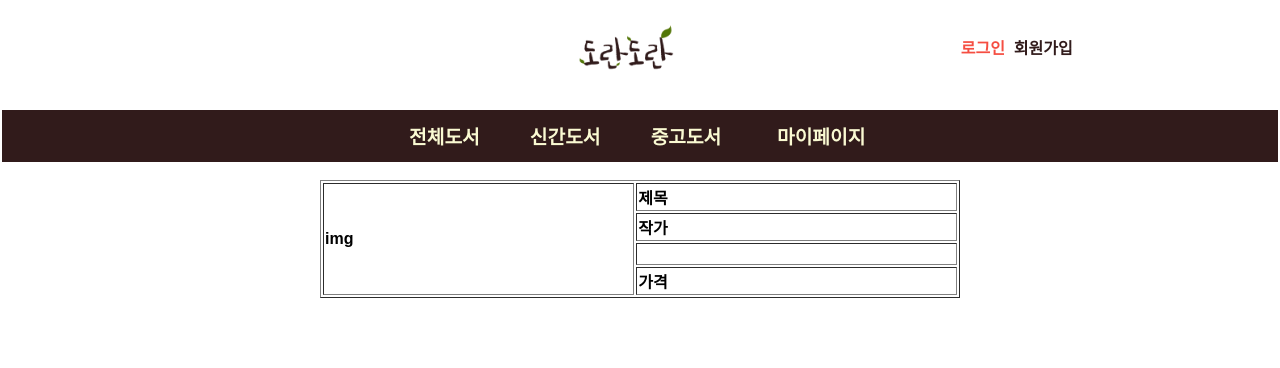
Repository: juhyun110701/DORANDORAN
Page: http://localhost/dorandoran/
The author's editor kept a copy of each file at every save. The page is drawn from the files as they stood at one save, then again after the next save.
The browser window is 1280 px wide. The pictures show the whole page.
Some web fonts or font styles are not loaded; a fallback is used. The page is served by Tomcat 9. Queries for data that is not in the repository find no rows.

Above is the page before, as saved 2019-07-31 12:00:49.

After the next save:
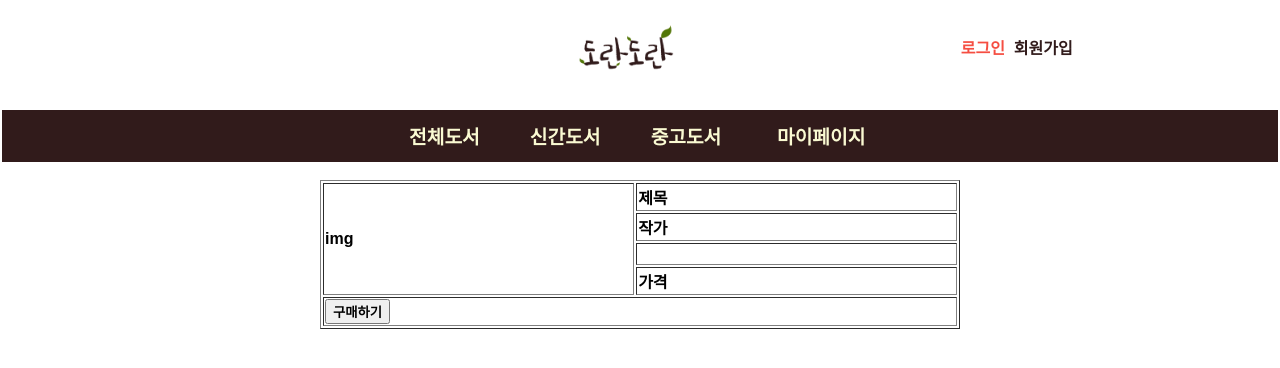
Saved 2 min 27 s later.
--- a/dorandoran/WebContent/index.jsp
+++ b/dorandoran/WebContent/index.jsp
@@ -29,7 +29,11 @@
 	<tr>
 		<td>가격</td>
 	</tr>
-
+	<tr>
+		<td colspan=2>
+			<button>구매하기</button>
+		</td>
+	</tr>
 </table>
 <%--
     Connection conn=null;
